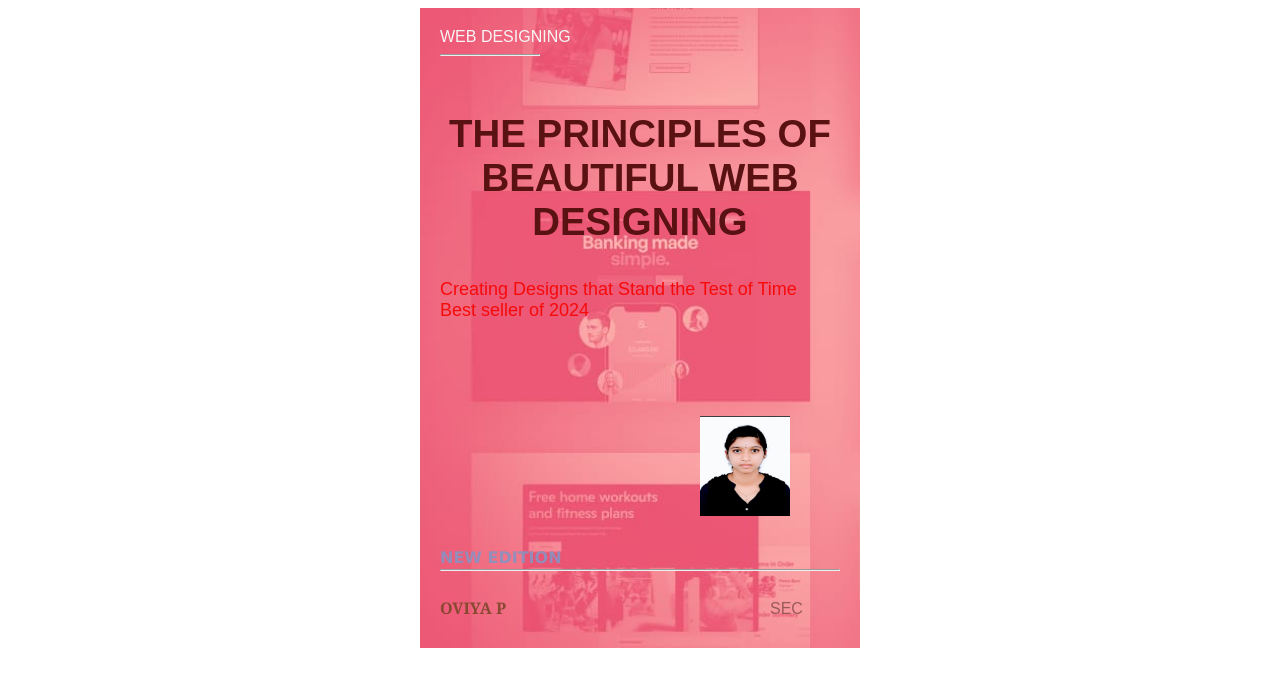
Repository: Oviya24032K6/cover
Page: oviya/coverapp/static/book.html
The author's editor kept a copy of each file at every save. The page is drawn from the files as they stood at one save, then again after a run of saves.
The browser window is 1280 px wide. The pictures show the whole page.

Above is the page before, as saved 2024-04-09 13:53:41.

### oviya/coverapp/static/book.html
<!DOCTYPE html>
<html>

<head>
    <title>BOOK COVER</title>
    <style>
        .bookcover {
            width: 400px;
            height: 600px;
            color: black;
            margin-left: auto;
            margin-right: auto;
            padding: 20px;
            font-family: Arial, sans-serif; /* corrected font-family declaration */
            background-image: url(pink.jpg);
            background-size: cover;
        }

        .head {
            color: rgb(248, 245, 245);

        }

        .style {
            width: 100px;
        }

        .authorname {
            display: inline;
            position: relative;
            color: rgb(136, 72, 49);
            top: 190px;
            font-family: Georgia;
            font-size: medium;
        }

        .title {
            color: rgb(89, 17, 17);
            font-family: Arial, sans-serif; /* fallback font */
            font-size: larger;
            text-align: center;
            position: relative;
            top: 30px;

        }

        .line {
            width: 400px;
            position: relative;
            top: 180px;
        }

        .last {
            color: rgb(154, 90, 90);
            font-size: medium;
            position: relative;
            top: 155px;
            left: 330px;
        }

        .end {
            color: rgba(141, 143, 190, 0.94);
            font-size: medium;
            font-family: Verdana;
            position: relative;
            top: 85px;

        }

        .subtitle {
            color: rgb(247, 10, 10);
            font-family: Arial, sans-serif; /* fallback font */
            font-size: large;
            position: relative;
            top: 40px;
        }

        .photo {
            position: relative;
            top: 135px;
            left: 260px;
            width: 90px; /* Adjust the size here */
            height: 100px; /* Adjust the size here */
        }
    </style>
</head>

<body>
    <div class="bookcover">
        <div class="head">
            WEB DESIGNING
        </div>
        <div class="style">
            <hr style="color:rgb(255, 7, 143)">
        </div>
        <div class="title">
            <h1>THE PRINCIPLES OF BEAUTIFUL WEB DESIGNING</h1>
        </div>
        <div class="subtitle">
            Creating Designs that Stand the Test of Time
        </div>
        <div class="subtitle">
            Best seller of 2024
        </div>

        <div class="photo">
            <img src="oviya pic.jpg" width="90" height="100">

        </div>
        <div class="line">
            <hr style="color:rgba(222, 8, 8, 0.555)">
        </div>
        <div class="authorname">
            <p><b>OVIYA P</b></p>
        </div>
        <div class="last">
            SEC
        </div>
        <div class="end">
            <b>NEW EDITION</b>
        </div>
    </div>
</body>

</html>

After the next 2 saves:
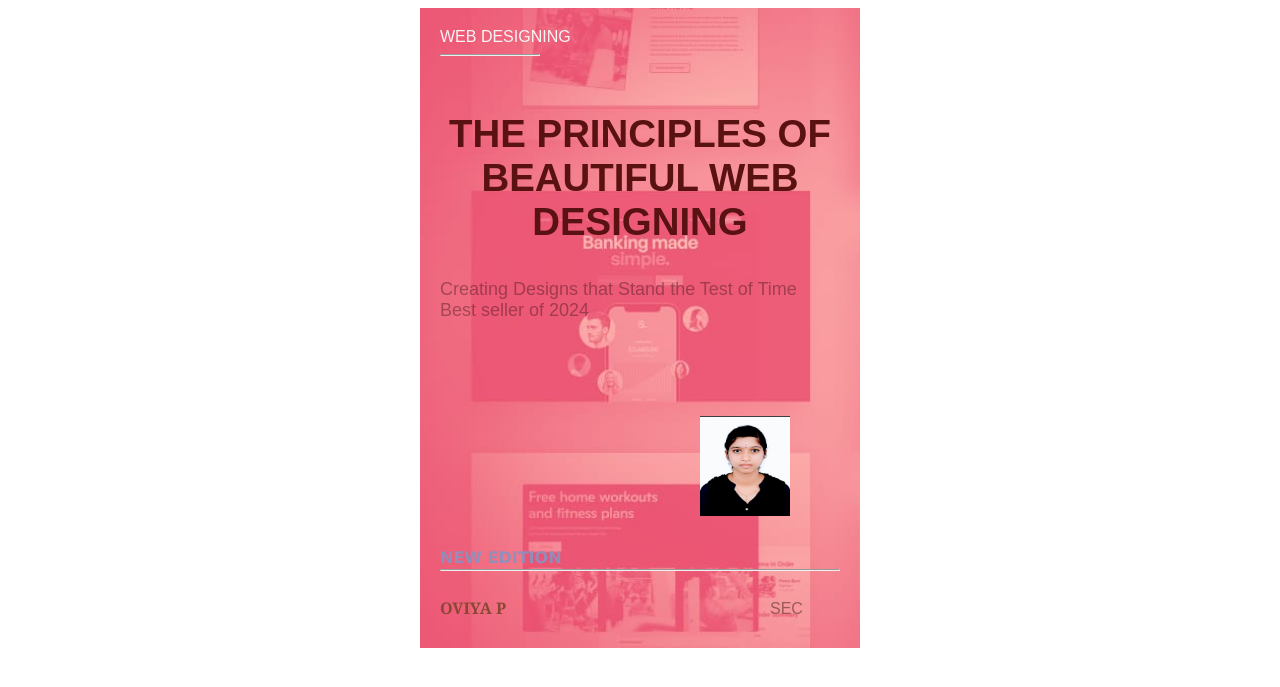
The 2 saves are shown as one change because they came seconds apart.
The last was saved 9 s later.
--- a/oviya/coverapp/static/book.html
+++ b/oviya/coverapp/static/book.html
@@ -68,7 +68,7 @@
         }
 
         .subtitle {
-            color: rgb(247, 10, 10);
+            color: rgba(20, 3, 3, 0.345);
             font-family: Arial, sans-serif; /* fallback font */
             font-size: large;
             position: relative;
